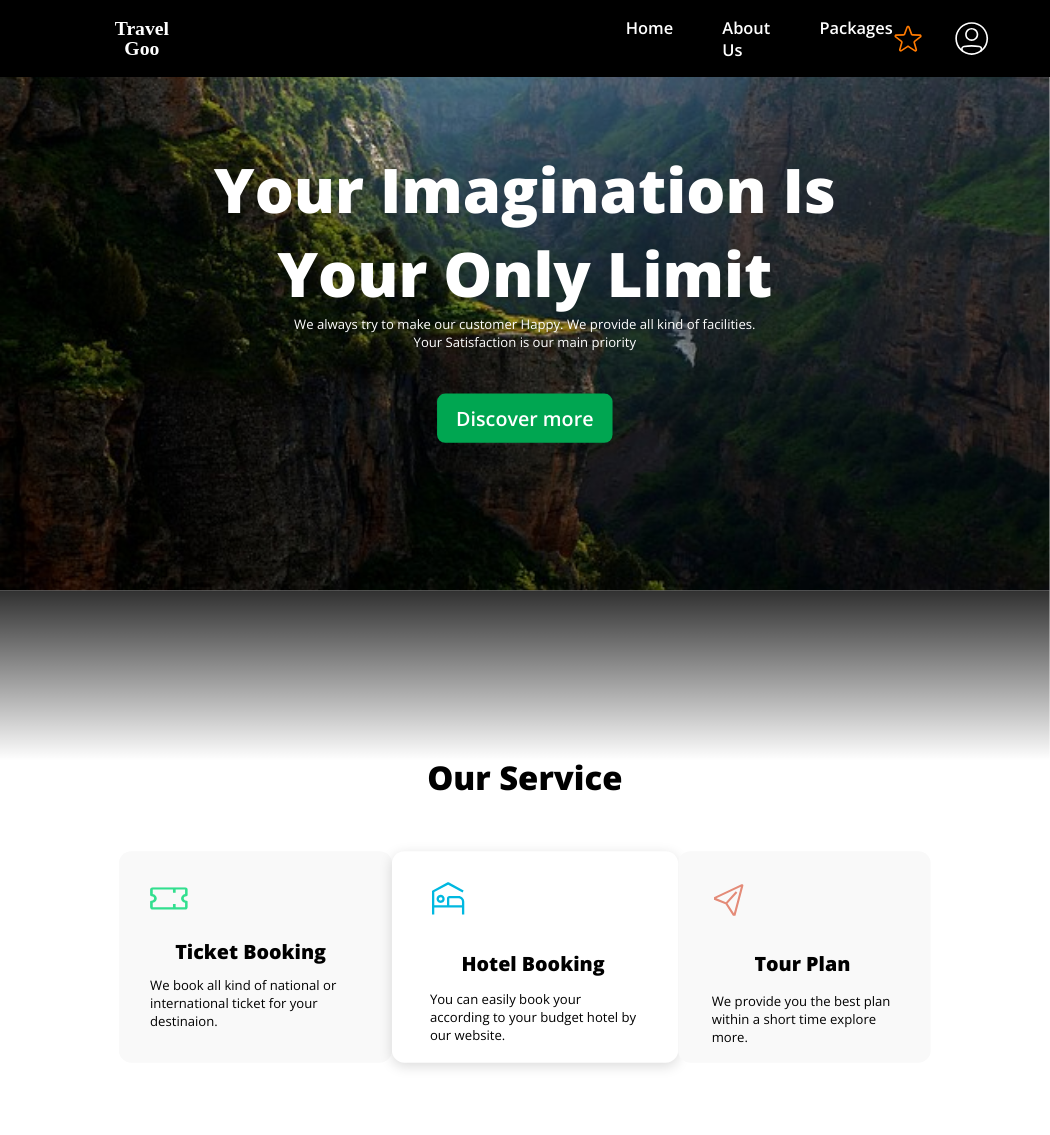
Repository: simralgasimov/back-project
Page: index.html
The author's editor kept a copy of each file at every save. The page is drawn from the files as they stood at one save, then again after a run of saves.
The browser window is 1280 px wide. The pictures show the whole page, at 82% of full size.
Some web fonts or font styles are not loaded; a fallback is used.

Above is the page before, as saved 2023-09-27 13:47:05.

After the next 2 saves:
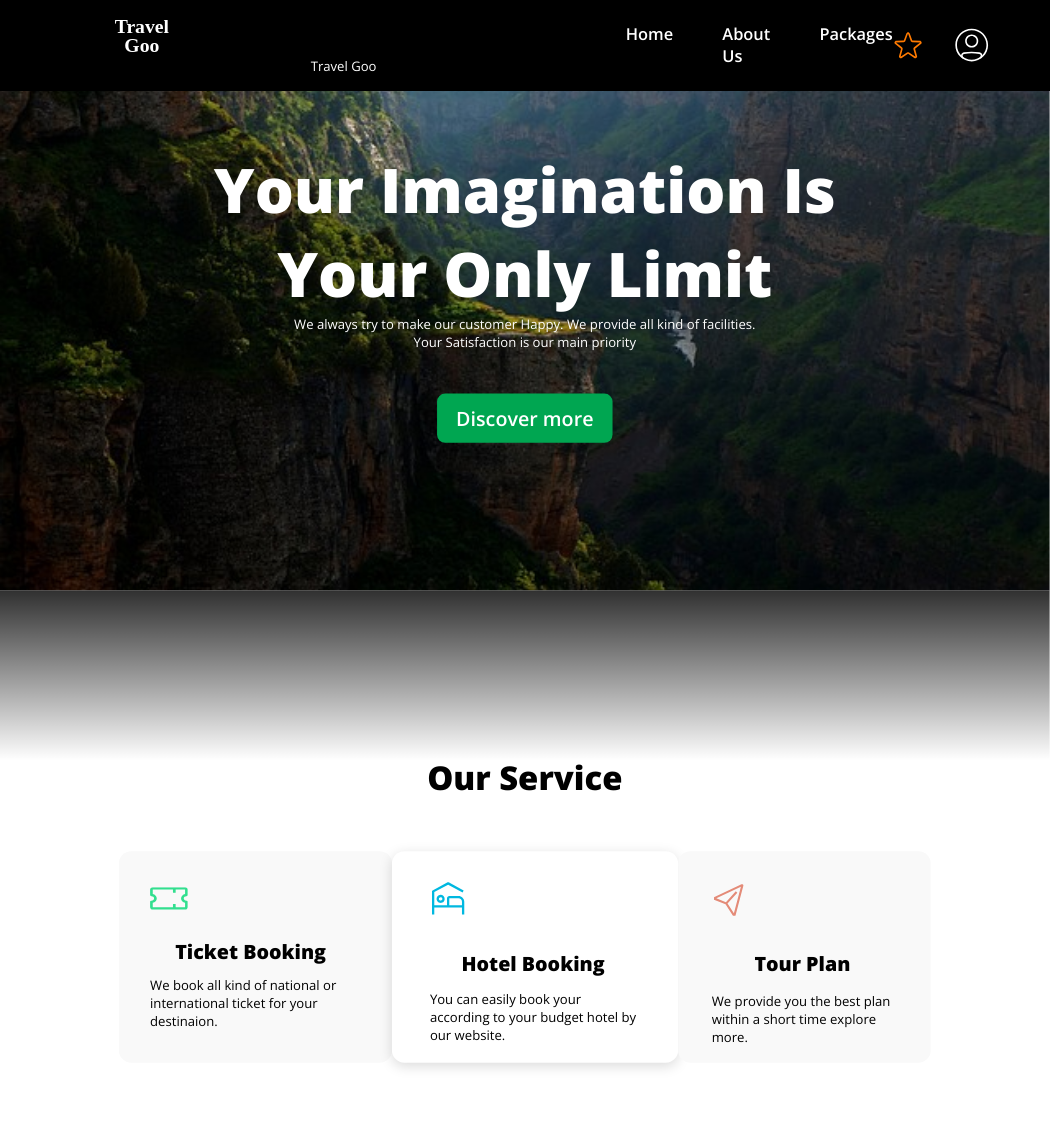
The 2 saves are shown as one change because they came seconds apart.
The last was saved 8 s later.
--- a/index.html
+++ b/index.html
@@ -16,7 +16,10 @@
               <div>Goo</div>
             </div>
             <p>
-
+              Travel
+              <span>
+                Goo
+              </span>
             </p>
           </a>
 

After the save that followed:
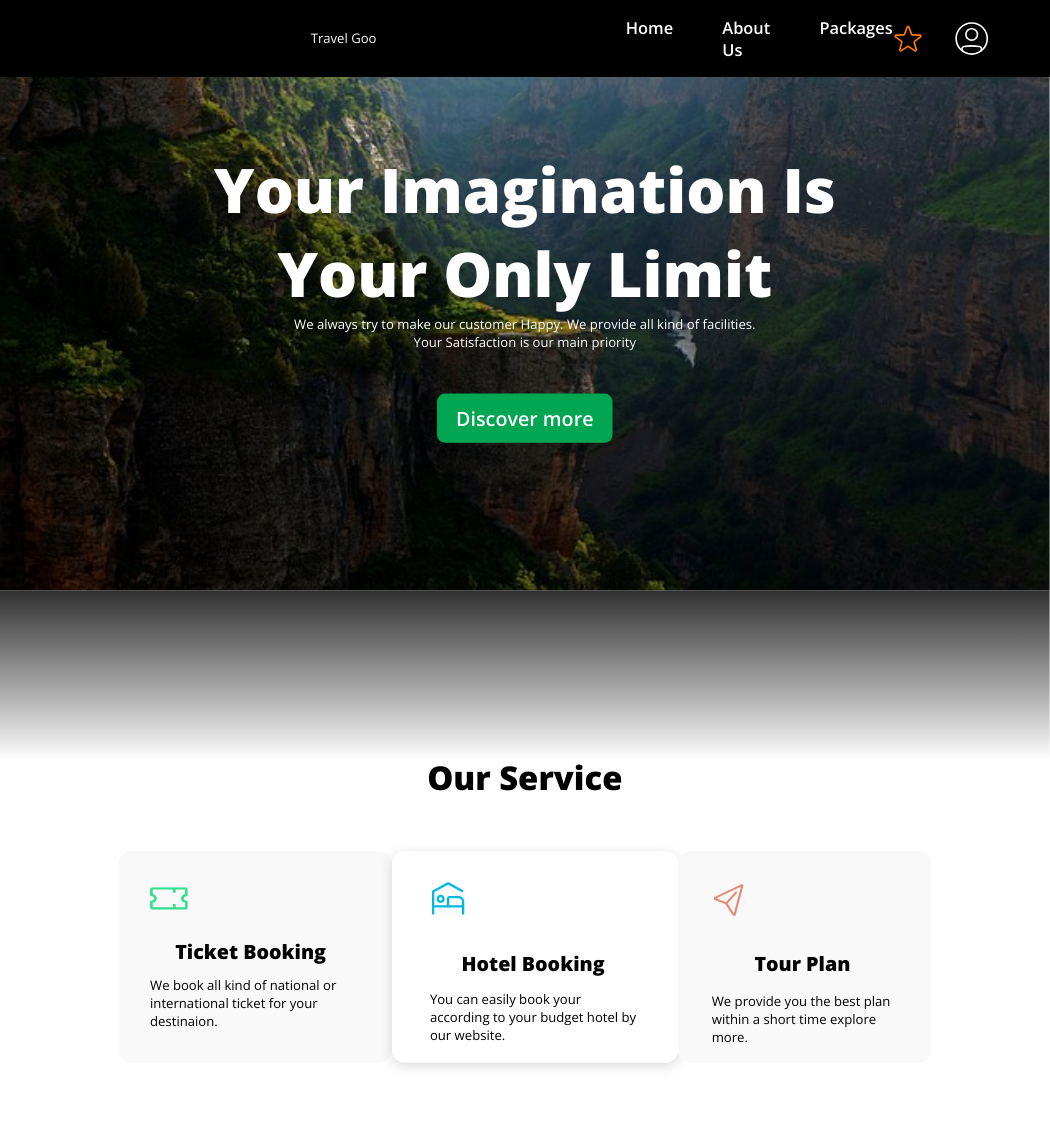
Saved 6 s later.
--- a/index.html
+++ b/index.html
@@ -11,10 +11,10 @@
       <div class="container-1">
         <div class="navbar">
           <a href="#">
-            <div class="logo">
+            <!-- <div class="logo">
               Travel
               <div>Goo</div>
-            </div>
+            </div> -->
             <p>
               Travel
               <span>
